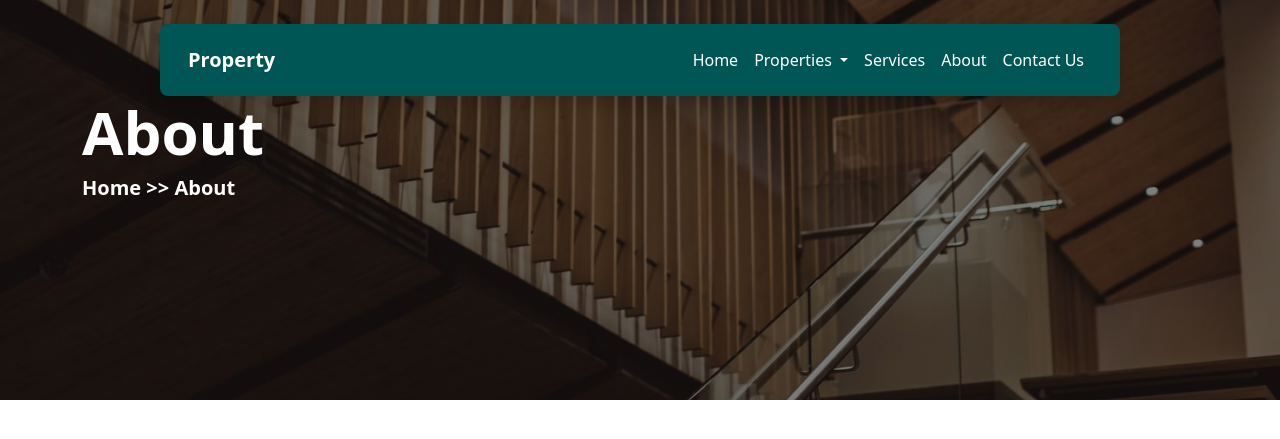
Repository: sameerrrrkhan911-git/Property
Page: service.html
These files come from the project's save history. The page is drawn as it stood at one moment and after the next save; the edit follows.
The browser window is 1280 px wide. The pictures show the whole page.
Some web libraries are served in a nearby version.

Above is the page before, as saved 2025-09-28 15:36:00.

### service.html
<!doctype html>
<html lang="en">

<head>
    <meta charset="utf-8">
    <meta name="viewport" content="width=device-width, initial-scale=1">
    <title>Property</title>

    <!--====== LINKS ========-->
    <link href="https://cdn.jsdelivr.net/npm/bootstrap@5.3.8/dist/css/bootstrap.min.css" rel="stylesheet">
    <link
        href="https://fonts.googleapis.com/css2?family=Montserrat:wght@400;600&family=Open+Sans:wght@400;600&display=swap"
        rel="stylesheet">
    <link href="https://unpkg.com/aos@2.3.1/dist/aos.css" rel="stylesheet">
    <link href="https://cdn.jsdelivr.net/npm/remixicon@4.5.0/fonts/remixicon.css" rel="stylesheet">
    <link href="https://cdnjs.cloudflare.com/ajax/libs/tiny-slider/2.9.4/tiny-slider.css" rel="stylesheet">
    <link rel="stylesheet" href="assets/css/style2.css">
    <link rel="stylesheet" href="assets/css/style.css">

</head>

<body>
    <section class="mb-5" id="Right-Step">
        <div class="bg-holder overlay overlay-elixir">
        </div>

        <!-- Navbar -->
        <nav
            class="navbar navbar-expand-lg green-color p-3 mt-4 sticky-top position-absolute top-0 start-50 translate-middle-x w-75 rounded-3 shadow">
            <div class="container-fluid">
                <!-- Brand -->
                <a class="navbar-brand text-white fw-bold" href="#">Property</a>

                <!-- Toggler for Mobile -->
                <button class="navbar-toggler bg-light" type="button">
                    <span class="navbar-toggler-icon"></span>
                </button>

                <!-- Navbar Links -->
                <div class="collapse navbar-collapse" id="navbarNavDropdown">
                    <ul class="navbar-nav ms-auto">
                        <li class="nav-item">
                            <a class="nav-link text-white active" aria-current="page" href="#">Home</a>
                        </li>
                        <li class="nav-item dropdown">
                            <a class="nav-link dropdown-toggle text-white" href="#" role="button"
                                data-bs-toggle="dropdown" aria-expanded="false">
                                Properties
                            </a>
                            <ul class="dropdown-menu">
                                <li><a class="dropdown-item" href="#">Action</a></li>
                                <li><a class="dropdown-item" href="#">Another action</a></li>
                                <li><a class="dropdown-item" href="#">Something else here</a></li>
                            </ul>
                        </li>
                        <li class="nav-item"><a class="nav-link text-white" href="service.html">Services</a></li>
                        <li class="nav-item"><a class="nav-link text-white" href="about.html">About</a></li>
                        <li class="nav-item"><a class="nav-link text-white" href="contact.html">Contact Us</a></li>
                    </ul>
                </div>
            </div>
        </nav>

        <!--/.bg-holder-->
        <div class="forbg py-5">
            <div class="container">

                <div class="flex-1 mt-lg-5 mb-5">
                    <h2 style="font-size: 60px; color: white; font-weight: bold;">About</h2>
                    <h4 style="font-size: 20px; color: white; font-weight: bold;">Home >> About</h4>
                </div>
            </div>
        </div><!-- end of .container-->
    </section>

</body>

</html>

### assets/css/style.css
/* ==============================
   Root Variables
=================================*/
:root {
  --green-color: #005555;
   --heading-color: #2a3855;
}

.green-color {
  background-color: var(--green-color);
}

.green{
  color: var(--green-color);
}

.black{
  color: black;
}

.para{
  text-align: left;
}

.heading-color{
  color: var(--heading-color);
}

.z-9 {
  z-index: 9 !important;
}

.white {
  color: white;
}

.green-line{
   height: 2px;
  width: 120px;
 background-color: var(--green-color);
 margin-bottom: 10px;
}

.black-line{
   height: 2px;
  width: 80px;
 background-color: black;
 margin: 10px auto;
}

.white-bg{
  background-color: white;
}

.fs-6{
  font-size: 5px;
}

.marginn{
  margin-bottom: 30px;
}

.a{
  text-decoration: none;
}


.dark-grey{
  background-color: #cccccc;
}

.text-color{
  color: #909ba6;
}
/* ==============================
Header
=================================*/


/* Hero background */
.hero-header {
  background-image: url("../images/hero_bg_3.jpg") !important;
  background-repeat: no-repeat;
  background-position: center center;
  background-size: cover;
  min-height: 100vh;
  position: relative;
  display: flex;
  align-items: center;
}



/* Overlay */
.hero-header::before {
  content: "";
  position: absolute;
  top: 0;
  left: 0;
  width: 100%;
  height: 100%;
  background: rgba(0, 0, 0, 0.5);
  z-index: 0;
}

/* Keep hero text above overlay */
.hero {
  position: relative;
  z-index: 1;
}

/* White text */
.white {
  color: #fff !important;
}

/* Responsive adjustments */
@media (max-width: 768px) {
  nav.navbar {
    width: 90% !important;
    margin-top: 1rem !important;
    padding: 0.75rem 1rem !important;
  }

  .hero h1 {
    font-size: 1.75rem;
    line-height: 1.3;
  }

  .hero form {
    flex-direction: column !important;
    gap: 0.75rem;
  }

  .hero input {
    width: 100% !important;
  }

  .hero button {
    width: 100% !important;
  }
}

@media (max-width: 576px) {
  .hero h1 {
    font-size: 1.5rem;
  }
}

/* Popular properties */

.property-slider {
  overflow: hidden;
}

.property-item {
  background: #fff;
  border-radius: 8px;
  overflow: hidden;
}

.property-content {
  background: #fff;
  border-radius: 8px;
}

/* Features */

.features-1 {
    padding-top: 30px;
    position: relative;
    z-index: 8;
    text-align: center;
    background-color: rgba(0, 32, 74, 0.05);
}

/* ==========================
   Testimonials Section
========================== */

.sec-testimonials .heading {
  font-size: 2rem;
  font-weight: 700;
}

/* Prev/Next buttons */
#testimonial-nav {
  display: flex;
  gap: 10px;
}

#testimonial-nav span {
  cursor: pointer;
  font-size: 14px;
  color: #002855;
  background: #e9ecef;
  padding: 6px 14px;
  border-radius: 20px;
  transition: all 0.3s ease;
}

#testimonial-nav span:hover {
  background: #002855;
  color: #fff;
}

/* Testimonials layout */
.testimonial-slider {
  display: grid;
  grid-template-columns: repeat(auto-fit, minmax(300px, 1fr));
  gap: 40px;
  margin-top: 30px;
  text-align: center;
}

.testimonial {
  padding: 20px;
}

.testimonial img {
  width: 90px;
  height: 90px;
  object-fit: cover;
  margin-bottom: 15px;
  border: 3px solid #ddd;
}

.testimonial .rate {
  margin: 10px 0;
  font-size: 16px;
  color: #f1c40f;
}

.testimonial h3 {
  margin-bottom: 10px;
  font-size: 1.1rem;
  font-weight: 600;
}

.testimonial blockquote {
  font-style: italic;
  font-size: 0.95rem;
  color: #555;
  margin: 10px 0 15px;
}

.greyy{
  background-color: #efefef;
}

.testimonial p.text-muted {
  font-size: 0.85rem;
  color: #888;
}

.img-fluid {
   max-width: 100%;
    height: auto;
}

/* Call To Action */
.footer-cta {
  background: white ;
  padding: 50px;
}

.footer-cta .btn-primary {
  border-radius: 30px;
  font-size: 1.1rem;
  transition: all 0.3s ease;
}

.footer-cta .btn-primary:hover {
  background: #003f3f;
  transform: translateY(-3px);
  box-shadow: 0 6px 15px rgba(0,0,0,0.2);
}

/* Our Agents */
.section_1{
  background-color: #f8f9fa;
}

/* Agent Card */
.person {
  background: #fff;
  border-radius: 12px;
  padding: 60px 20px 30px;
  text-align: center;
  position: relative;
  box-shadow: 0 4px 20px rgba(0,0,0,0.05);
  transition: all 0.3s ease;
}

.person:hover {
  transform: translateY(-8px);
  box-shadow: 0 12px 30px rgba(0,0,0,0.1);
}

/* Profile Image */
.person img {
  width: 100px;
  height: 100px;
  object-fit: cover;
  border-radius: 50%;
  position: absolute;
  top: -50px;
  left: 50%;
  transform: translateX(-50%);
}

/* Text styling */
.person-contents h2 {
  margin-top: 60px;
  font-size: 1.2rem;
  font-weight: 600;
}

.person-contents .meta {
  font-size: 0.9rem;
  color: #6c757d;
  margin-bottom: 15px;
}

.person-contents p {
  font-size: 0.95rem;
  color: #555;
  margin-bottom: 20px;
}

/* Social icons */
.social a {
  display: inline-flex;
  justify-content: center;
  align-items: center;
  width: 40px;
  height: 40px;
  margin: 0 5px;
  border-radius: 50%;
  background: #002855;
  color: #fff;
  transition: all 0.3s ease;
  text-decoration: none;
}

.social a:hover {
  background: #005555;
}

h2 a {
  color: #000;
  text-decoration: none;
}

.roundd{

  border-radius: 50%;
  text-decoration: none;
  padding: 5px;
}

.font-color{
 color: #163060;
}

.forbg {
    height: 400px;
    background: linear-gradient(to bottom, rgba(0, 0, 0, 0.5), rgba(0, 0, 0, 0.5)), url(../images/hero_bg_1.jpg);
    background-size: cover;
    background-position: center;
}

Loaded but not shown: assets/css/style2.css (library)

After the next save:
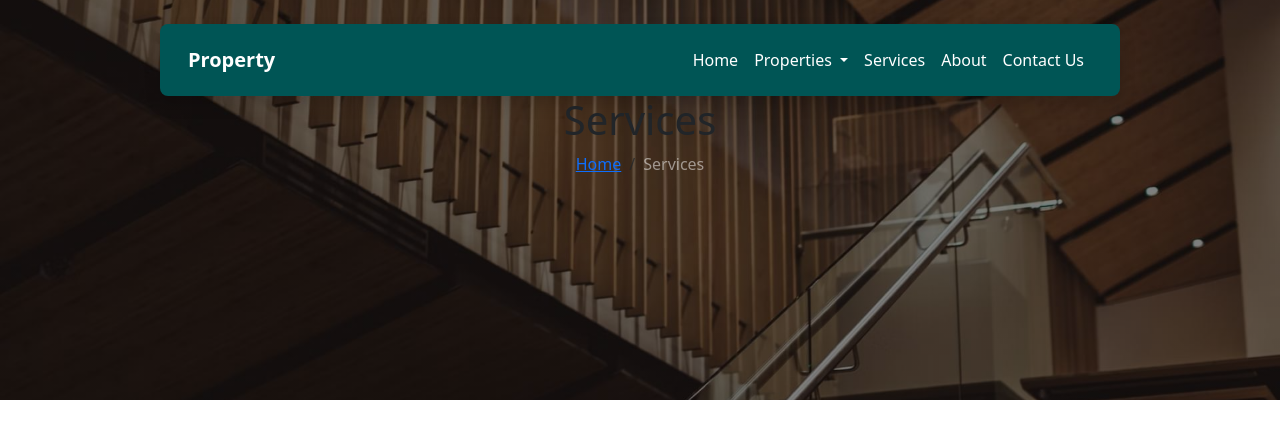
Saved 23 s later.
--- a/service.html
+++ b/service.html
@@ -65,10 +65,20 @@
         <div class="forbg py-5">
             <div class="container">
 
-                <div class="flex-1 mt-lg-5 mb-5">
-                    <h2 style="font-size: 60px; color: white; font-weight: bold;">About</h2>
-                    <h4 style="font-size: 20px; color: white; font-weight: bold;">Home >> About</h4>
-                </div>
+                <div class="row justify-content-center align-items-center">
+          <div class="col-lg-9 text-center mt-5">
+            <h1 class="heading aos-init aos-animate" data-aos="fade-up">Services</h1>
+
+            <nav aria-label="breadcrumb" data-aos="fade-up" data-aos-delay="200" class="aos-init aos-animate">
+              <ol class="breadcrumb text-center justify-content-center">
+                <li class="breadcrumb-item"><a href="index.html">Home</a></li>
+                <li class="breadcrumb-item active text-white-50" aria-current="page">
+                  Services
+                </li>
+              </ol>
+            </nav>
+          </div>
+        </div>
             </div>
         </div><!-- end of .container-->
     </section>
